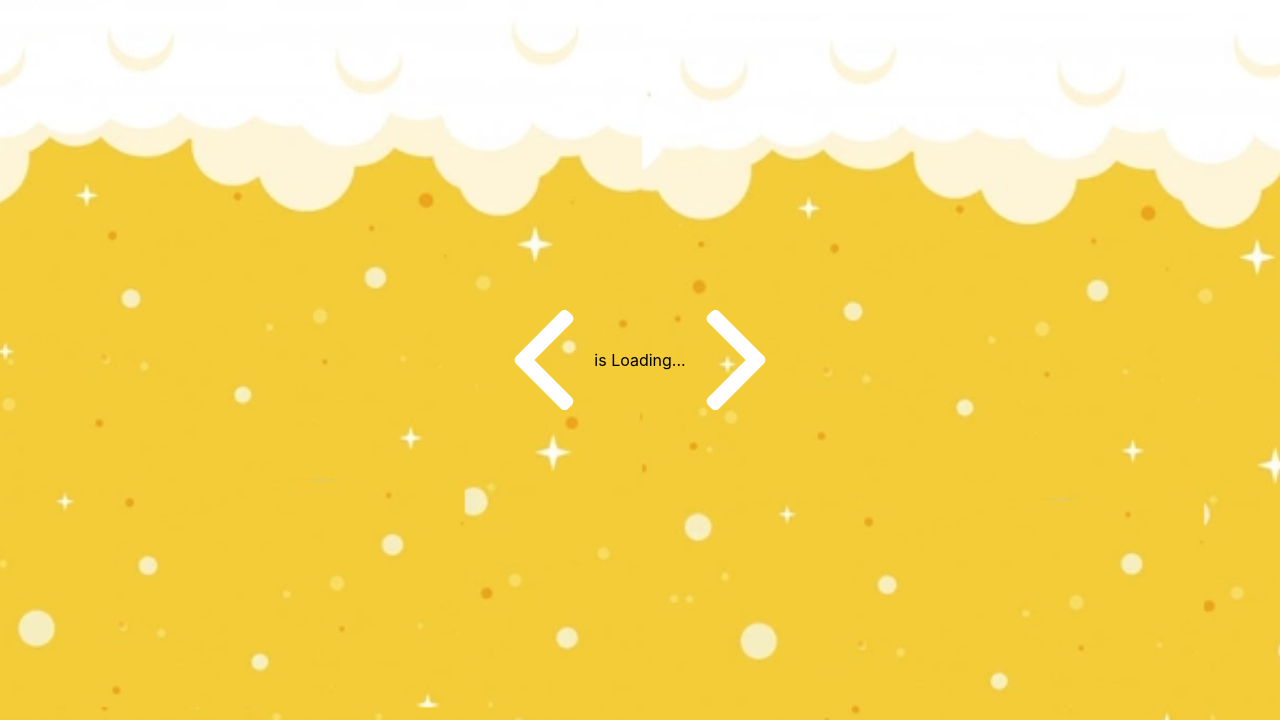
Repository: SebastianArmata22/Beer-app
Page: /
These files come from the project's save history. The page is drawn as it stood at one moment and after the next save; the edit follows.
The browser window is 1280 px wide. The pictures show the whole page.
The page's requests for data from a server got no answer. The project was rebuilt for these pictures with package versions that can differ from the ones it lists, and the page was loaded fresh each time. No one was signed in, and anything a server would have sent is missing. Also part of the build but not shown: src/Card.js.

Above is the page before, as saved 2021-02-12 23:30:25.

### src/index.css
body {
  margin: 0;
  font-family: -apple-system, BlinkMacSystemFont, 'Segoe UI', 'Roboto', 'Oxygen',
    'Ubuntu', 'Cantarell', 'Fira Sans', 'Droid Sans', 'Helvetica Neue',
    sans-serif;
  -webkit-font-smoothing: antialiased;
  -moz-osx-font-smoothing: grayscale;
  box-sizing: border-box;;

}

code {
  font-family: source-code-pro, Menlo, Monaco, Consolas, 'Courier New',
    monospace;
}

### src/App.js
import './App.css';
import Card from './Card.js'
import React from 'react'
import rigtArrow from'./right-arrow.svg'
import leftArrow from'./left-arrow.svg'


class App extends React.Component {

  constructor(props){
    super(props);
    this.state={
      isLoaded:false,
      data:[],
      isNext:true
    }
    this.counter=1
    this.nextBeer=this.nextBeer.bind(this)
    this.previousBeer=this.previousBeer.bind(this)
  }
  getUrl(){
   return `https://api.punkapi.com/v2/beers/${this.counter}`
  }
  getDateFromApi(url){
    fetch(url)
    .then(response=>response.json())
    .then(dataApi=>this.setState({
      isLoaded: true,
      data: dataApi}))
  }
  nextBeer(){
    this.setState({isLoaded: false})
    this.counter<325 && this.counter++
    this.getDateFromApi(this.getUrl())
    this.setState({isNext:true})
  }
 previousBeer(){
    this.setState({isLoaded: false})
    this.counter>1 && this.counter--
    this.getDateFromApi(this.getUrl());
    this.setState({isNext:false})
  }
  componentDidMount(){
    this.getDateFromApi(this.getUrl());
  }
  render(){
    return(
        <div className="app-container">
        <img className="svg-button" onClick={this.previousBeer} src={leftArrow} alt="previous" height='100px'/>
        {this.state.isLoaded ? <Card item={this.state.data} isNext={this.state.isNext} /> : <div className=" load-div">is Loading...</div>}
        <img className="svg-button" onClick={this.nextBeer} src={rigtArrow} alt="next" height='100px' />
        </div>

    )
  }
}

export default App;

### src/App.css
.app-container{
  width: 100%;
  min-height: 100vh;
  display: flex;
  justify-content: center;
  align-items: center;
}

.svg-button{
  cursor: pointer;
}

@media only screen and (max-width: 600px) {
  .svg-button{
    transform: scale(0.3);
  }

}

### src/Card.css
*{
    margin: 0;
    padding: 0;

}
body{
    background-image: url('./background.png');
    background-repeat: no-repeat;
    background-position: center;
    background-size: cover;
    overflow: hidden;
}
.card {
    border: 2px solid #f39c12;
    border-radius: 20px;
    max-width: 700px;
    display: flex;
    flex-direction: column;
    min-height: 90vh;
    padding: 20px;
    background-color: rgba(255, 255, 255,0.8);
}
.card h2{
    color: #f39c12;
}

.photo-beer{
    height: 50vh;
}
.photo-card{
    display: flex;
    align-items: center;
    flex-direction: column;

}

.load-div{
    display: flex;
     justify-content: center;
     align-items: center;
}

.text-card{
    position: relative;
    text-align: left;
}

@media only screen and (max-width: 600px) {
    .card{
        min-width: 200px;
    }
}

Loaded but not shown: public/index.html (common file); src/index.js (common file)

After the next save:
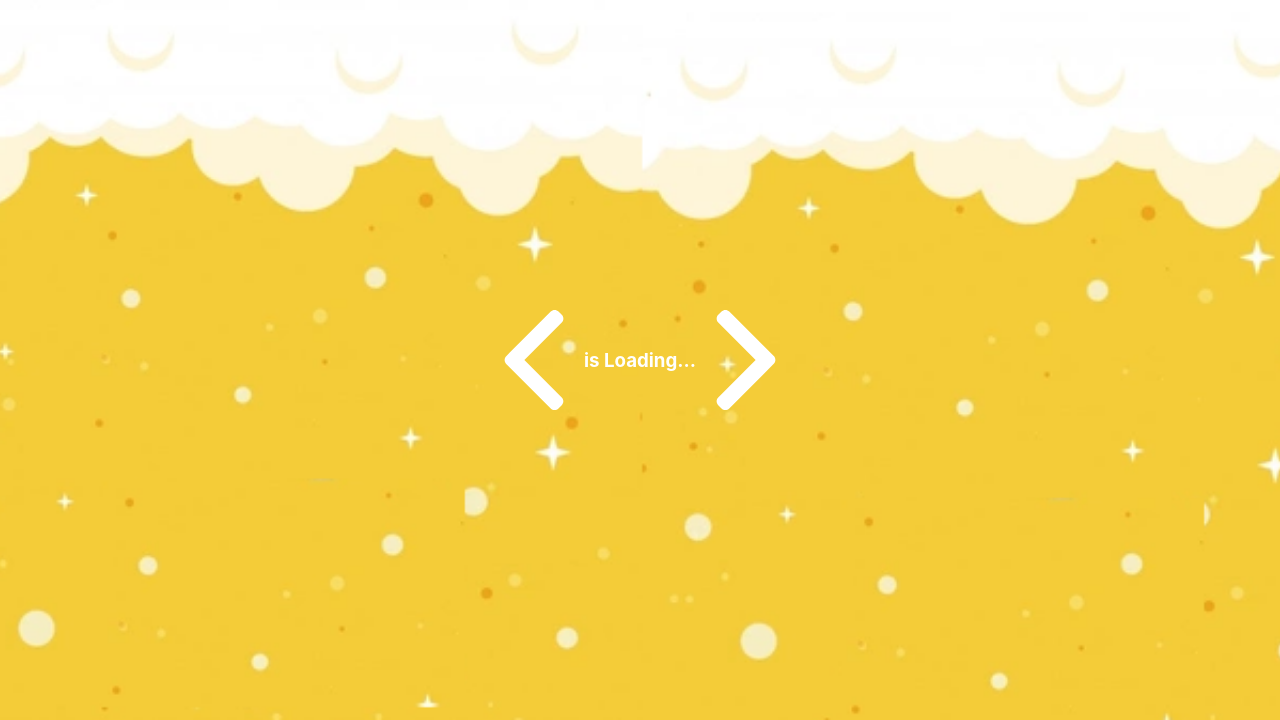
Saved 88 s later.
--- a/src/App.js
+++ b/src/App.js
@@ -47,7 +47,7 @@ class App extends React.Component {
     return(
         <div className="app-container">
         <img className="svg-button" onClick={this.previousBeer} src={leftArrow} alt="previous" height='100px'/>
-        {this.state.isLoaded ? <Card item={this.state.data} isNext={this.state.isNext} /> : <div className=" load-div">is Loading...</div>}
+        {this.state.isLoaded ? <Card item={this.state.data} isNext={this.state.isNext} /> : <div className=" load-div"><h3>is Loading...</h3></div>}
         <img className="svg-button" onClick={this.nextBeer} src={rigtArrow} alt="next" height='100px' />
         </div>
 
--- a/src/Card.css
+++ b/src/Card.css
@@ -36,8 +36,9 @@ body{
 
 .load-div{
     display: flex;
-     justify-content: center;
-     align-items: center;
+    justify-content: center;
+    align-items: center;
+    color: #ffffff;
 }
 
 .text-card{
